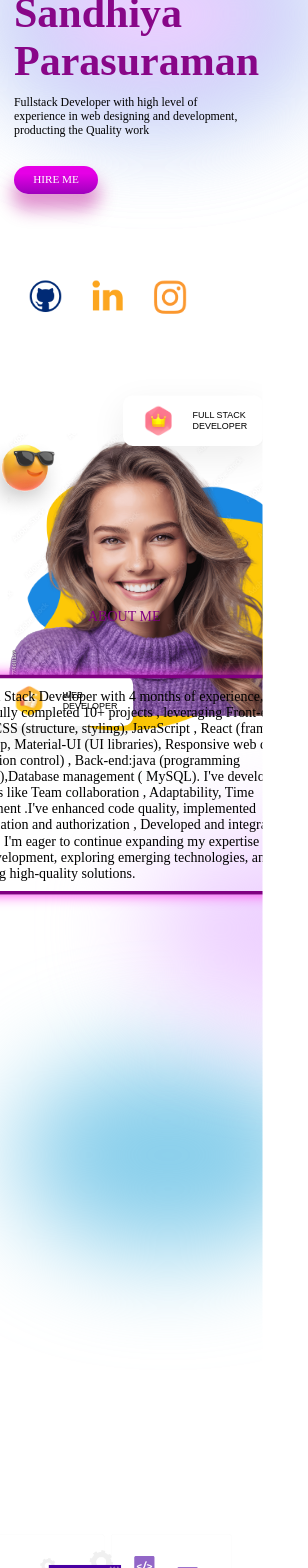
Repository: glorysandy/Protfolio
Page: /
An editor plug-in stored every save of this project. The page is shown before and after the next save, followed by the edit.
The browser window is 375 px wide. The page is 440 px wide, so the pictures cover 440 px, including what lies to the right of the window. The pictures show the part of the page from y = 300 to 2540 px (the page is 7883 px tall), at 70% of full size.
Some web fonts or font styles are not loaded; a fallback is used. The project was rebuilt for these pictures with package versions that can differ from the ones it lists, and the page was loaded fresh each time. Imported but missing from the stored project, and not drawn on this page: src/components/Services/SANDHIYA.P (RESUME).pdf.

Above is the page before, as saved 2024-10-17 01:23:54.

After the next save:
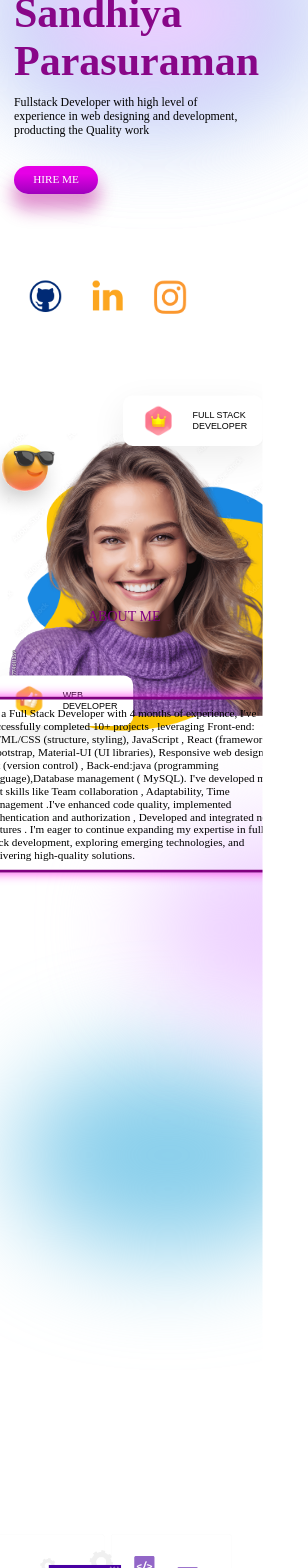
Saved 2 min 43 s later.
--- a/src/components/Testimonials/Testimonial.css
+++ b/src/components/Testimonials/Testimonial.css
@@ -91,7 +91,7 @@ border-radius: 5px;
 
         display: flex;
         margin-top: 4vh;
-        transform: scale(1.0);
+        transform: scale(0.8);
         border: 5px solid purple;
         color: black;
         width: 65vh;
